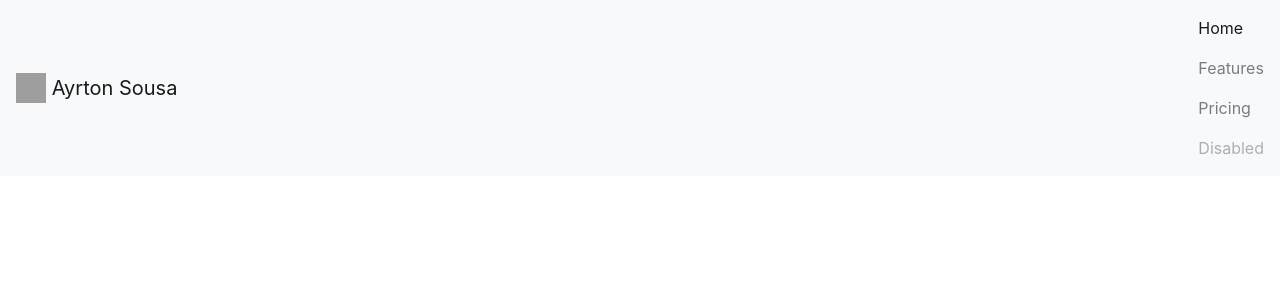
Repository: AyrtonSM/ayrtonsm.github.io
Page: website/index.html
The author's editor kept a copy of each file at every save. The page is drawn from the files as they stood at one save, then again after the next save.
The browser window is 1280 px wide. The pictures show the whole page.
Pictures or frames that could not be fetched are drawn as grey boxes. Some web libraries are served in a nearby version.

Above is the page before, as saved 2019-07-23 09:02:46.

### website/index.html
<!DOCTYPE html>

<head>
<meta charset="utf-8">
<meta name="viewport" content="width=device-width, initial-scale=1, shrink-to-fit=no">


<link rel="stylesheet" href="https://maxcdn.bootstrapcdn.com/bootstrap/4.0.0/css/bootstrap.min.css" integrity="sha384-Gn5384xqQ1aoWXA+058RXPxPg6fy4IWvTNh0E263XmFcJlSAwiGgFAW/dAiS6JXm" crossorigin="anonymous">
</head>


<body>

    <nav class="navbar navbar-light bg-light collapse navbar-collapse">

        <a class="navbar-brand" href="#">
            <img src="/docs/4.0/assets/brand/bootstrap-solid.svg" width="30" height="30" class="d-inline-block align-top" alt="">
            Ayrton Sousa
        </a>
        <ul class="navbar-nav">
                <li class="nav-item active">
                    <a class="nav-link" href="#">Home <span class="sr-only">(current)</span></a>
                </li>
                <li class="nav-item">
                    <a class="nav-link" href="#">Features</a>
                </li>
                <li class="nav-item">
                    <a class="nav-link" href="#">Pricing</a>
                </li>
                <li class="nav-item">
                    <a class="nav-link disabled" href="#">Disabled</a>
                </li>
        </ul>

    </nav>





<script src="https://code.jquery.com/jquery-3.2.1.slim.min.js" integrity="sha384-KJ3o2DKtIkvYIK3UENzmM7KCkRr/rE9/Qpg6aAZGJwFDMVNA/GpGFF93hXpG5KkN" crossorigin="anonymous"></script>
<script src="https://cdnjs.cloudflare.com/ajax/libs/popper.js/1.12.9/umd/popper.min.js" integrity="sha384-ApNbgh9B+Y1QKtv3Rn7W3mgPxhU9K/ScQsAP7hUibX39j7fakFPskvXusvfa0b4Q" crossorigin="anonymous"></script>
<script src="https://maxcdn.bootstrapcdn.com/bootstrap/4.0.0/js/bootstrap.min.js" integrity="sha384-JZR6Spejh4U02d8jOt6vLEHfe/JQGiRRSQQxSfFWpi1MquVdAyjUar5+76PVCmYl" crossorigin="anonymous"></script>
</body>


</html>

After the next save:
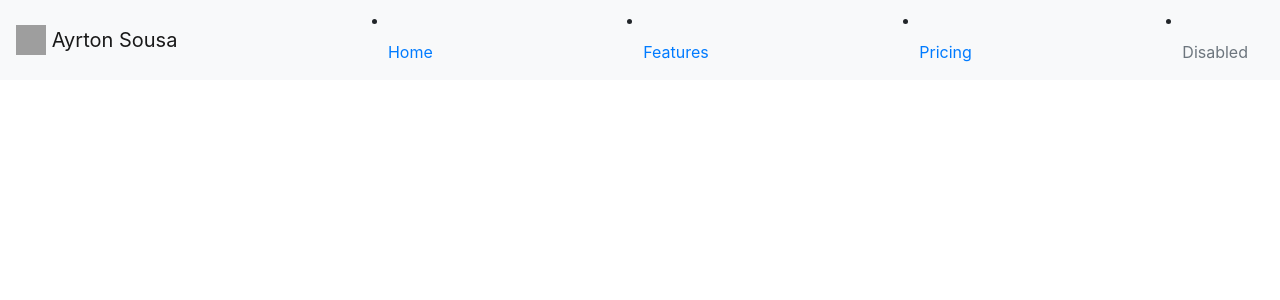
Saved 18 s later.
--- a/website/index.html
+++ b/website/index.html
@@ -11,13 +11,13 @@
 
 <body>
 
-    <nav class="navbar navbar-light bg-light collapse navbar-collapse">
+    <nav class="navbar navbar-light bg-light ">
 
         <a class="navbar-brand" href="#">
             <img src="/docs/4.0/assets/brand/bootstrap-solid.svg" width="30" height="30" class="d-inline-block align-top" alt="">
             Ayrton Sousa
         </a>
-        <ul class="navbar-nav">
+
                 <li class="nav-item active">
                     <a class="nav-link" href="#">Home <span class="sr-only">(current)</span></a>
                 </li>
@@ -30,7 +30,7 @@
                 <li class="nav-item">
                     <a class="nav-link disabled" href="#">Disabled</a>
                 </li>
-        </ul>
+
 
     </nav>
 
